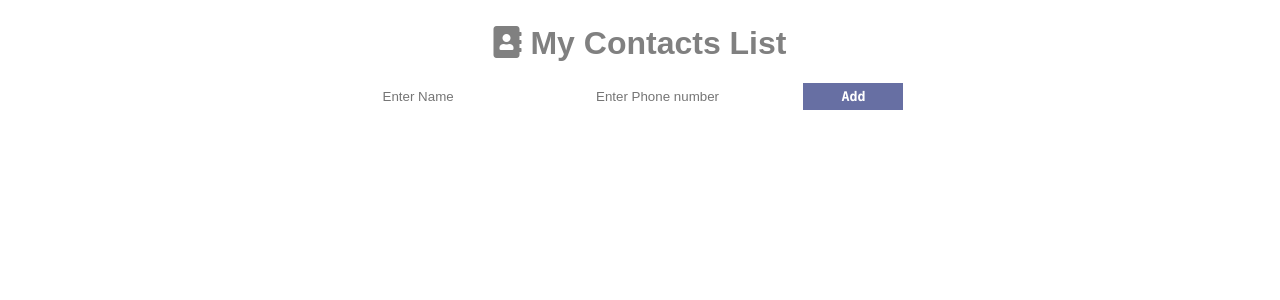
Repository: Sayan-100/Contact-List
Page: http://localhost/
These files come from the project's save history. The page is drawn as it stood at one moment and after the next save; the edit follows.
The browser window is 1280 px wide. The pictures show the whole page.
Some web libraries are served in a nearby version. The page is served by the project's Node server (index.js). Queries for data that is not in the repository find no rows.

Above is the page before, as saved 2022-01-09 21:52:42.

After the next save:
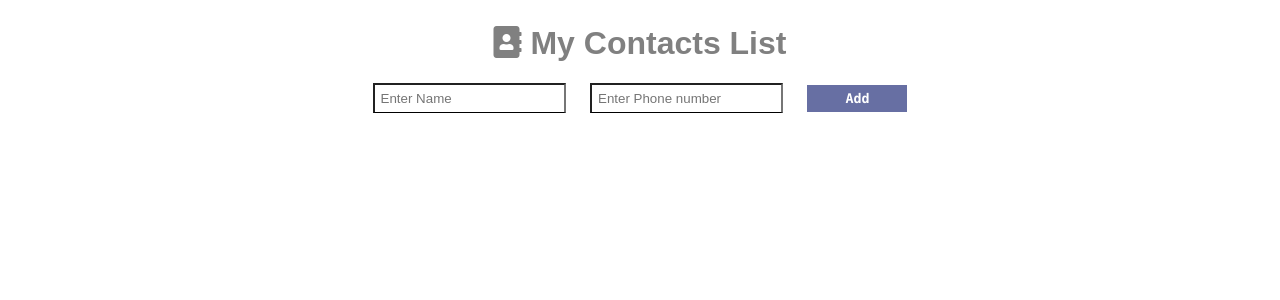
Saved 69 s later.
--- a/assets/css/home.css
+++ b/assets/css/home.css
@@ -30,7 +30,7 @@
     input {
         margin-right: 20px;
         padding: 6px;
-        border: none;
+        border-bottom: 1px solid black;
     }
 
     button {
